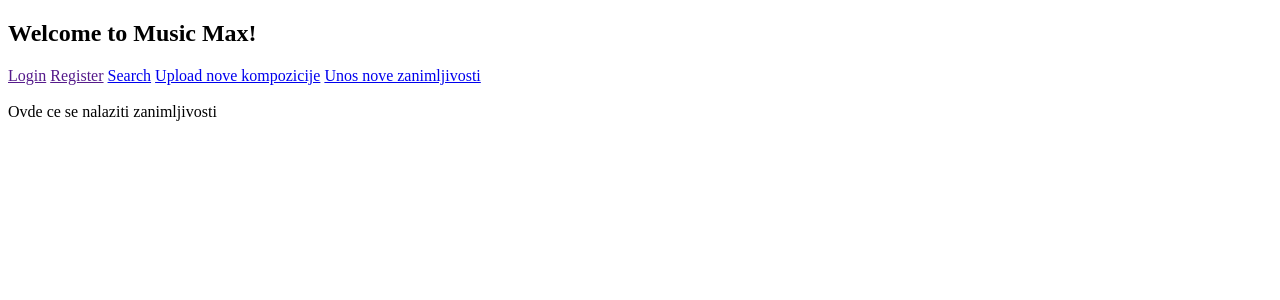
Repository: fmol2y/MusicMax
Page: http://localhost/MusicMax/
An editor plug-in stored every save of this project. The page is shown before and after the next save, followed by the edit.
The browser window is 1280 px wide. The pictures show the whole page.
The page is served by Tomcat 9. Other server files are loaded and not shown.

Above is the page before, as saved 2016-05-10 02:23:33.

### MusicMax/src/main/webapp/index.jsp
<%@ page language="java" contentType="text/html; charset=ISO-8859-1"
    pageEncoding="ISO-8859-1"%>
<%@ taglib uri="http://java.sun.com/jsp/jstl/core" prefix="c"%>
<!DOCTYPE html PUBLIC "-//W3C//DTD HTML 4.01 Transitional//EN" "http://www.w3.org/TR/html4/loose.dtd">
<html>
<head>
<meta http-equiv="Content-Type" content="text/html; charset=ISO-8859-1">
<title>Music Max - Home page</title>
</head>
<body>
	<h2>Welcome to Music Max!</h2>
	<div id="navigationRow">
		<a href="">Login</a>
		<a href="">Register</a>
		<a href="/MusicMax/search.jsp">Search</a>
		<a href="/MusicMax/newcomposition.jsp">Upload nove kompozicije</a>
		<a href="/MusicMax/unoszanimljivosti.jsp">Unos nove zanimljivosti</a>
	</div><br>
	<div id="zanimljivosti">Ovde ce se nalaziti zanimljivosti</div>
</body>
</html>

After the next save:
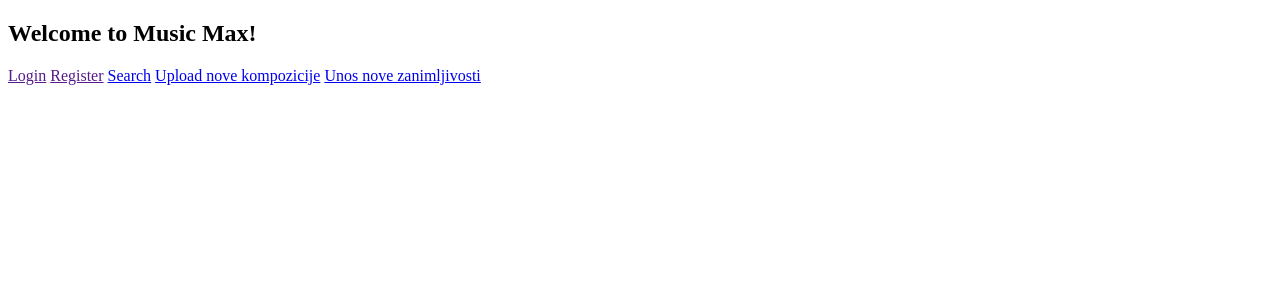
Saved 66 s later.
--- a/MusicMax/src/main/webapp/index.jsp
+++ b/MusicMax/src/main/webapp/index.jsp
@@ -16,6 +16,8 @@
 		<a href="/MusicMax/newcomposition.jsp">Upload nove kompozicije</a>
 		<a href="/MusicMax/unoszanimljivosti.jsp">Unos nove zanimljivosti</a>
 	</div><br>
-	<div id="zanimljivosti">Ovde ce se nalaziti zanimljivosti</div>
+	<div id="zanimljivosti">
+
+	</div>
 </body>
 </html>
